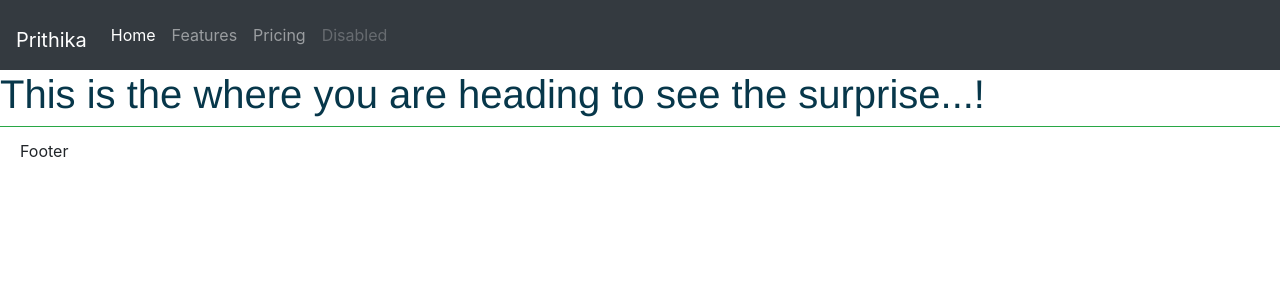
Repository: Imprasna/pritk
Page: index.html
An editor plug-in stored every save of this project. The page is shown before and after the next save, followed by the edit.
The browser window is 1280 px wide. The pictures show the whole page.

Above is the page before, as saved 2021-12-15 14:16:14.

After the next save:
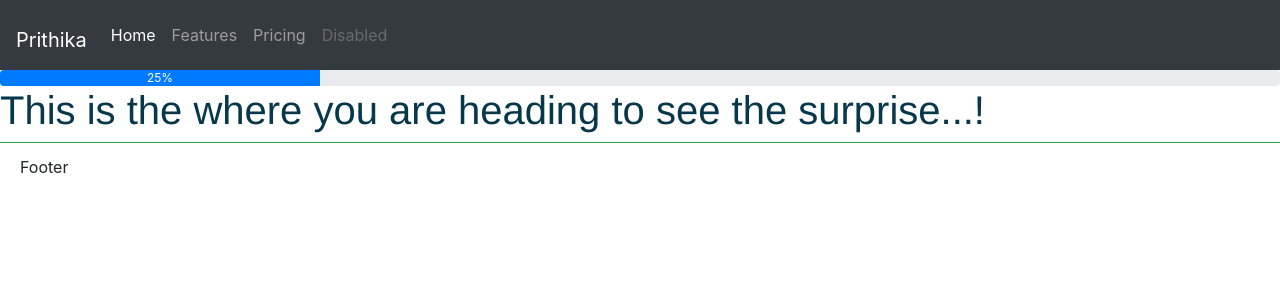
Saved 6 s later.
--- a/index.html
+++ b/index.html
@@ -40,6 +40,9 @@
 
 
     <main>
+        <div class="progress">
+            <div class="progress-bar" role="progressbar" style="width: 25%;" aria-valuenow="25" aria-valuemin="0" aria-valuemax="100">25%</div>
+          </div>
         <h1>This is the where you are heading to see the surprise...!</h1>
     </main>
 
